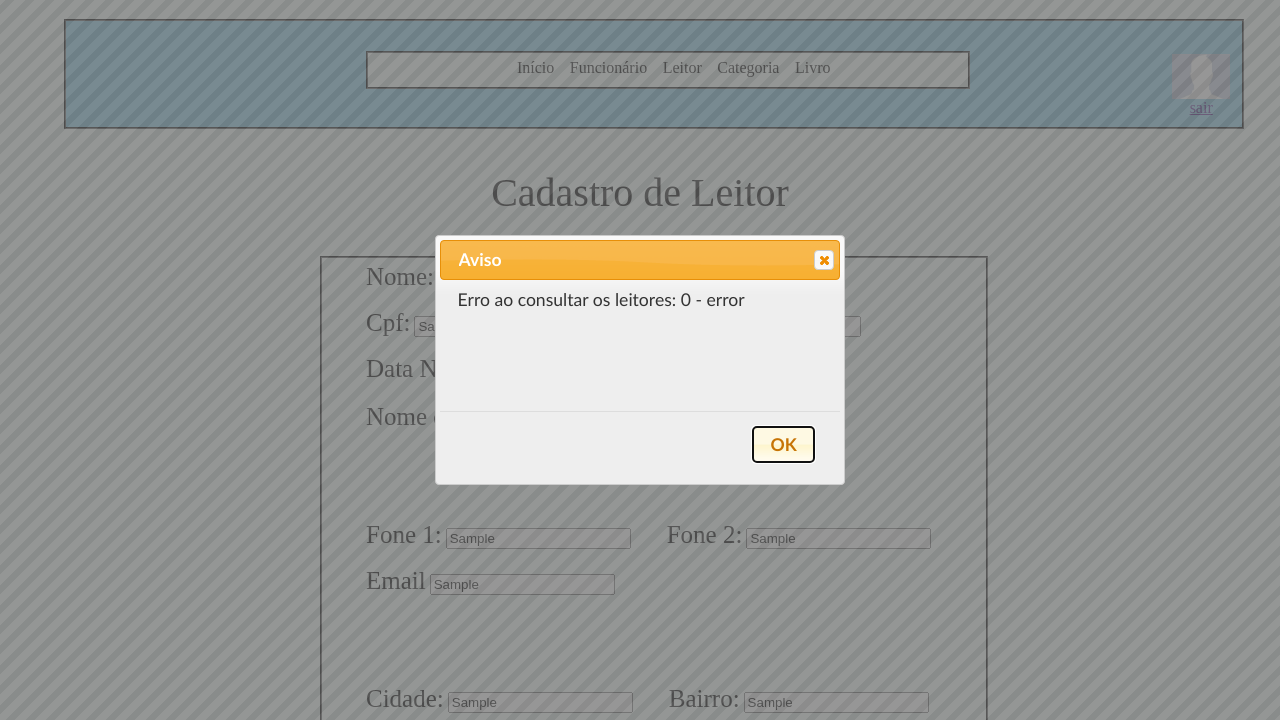
Repository: FaculdadeSenaiJoinville/PIGustavoMaertner
Page: projeto individual/WorkspaceProjetoIndividual/ProjetoIndividual/WebContent/pages/gerente/leitor/index.html
The author's editor kept a copy of each file at every save. The page is drawn from the files as they stood at one save, then again after the next save.
The browser window is 1280 px wide. The pictures show the window.
Empty fields were first filled with sample values (such as "Sample", 5 or name@example.com).
After loading, the first visible `#btnSubmitCadastro` was clicked once.
The page's requests for data from a server got no answer. A layer covers the whole window, so only the first screen is drawn.

Above is the page before, as saved 2021-12-14 00:13:16.

After the next save:
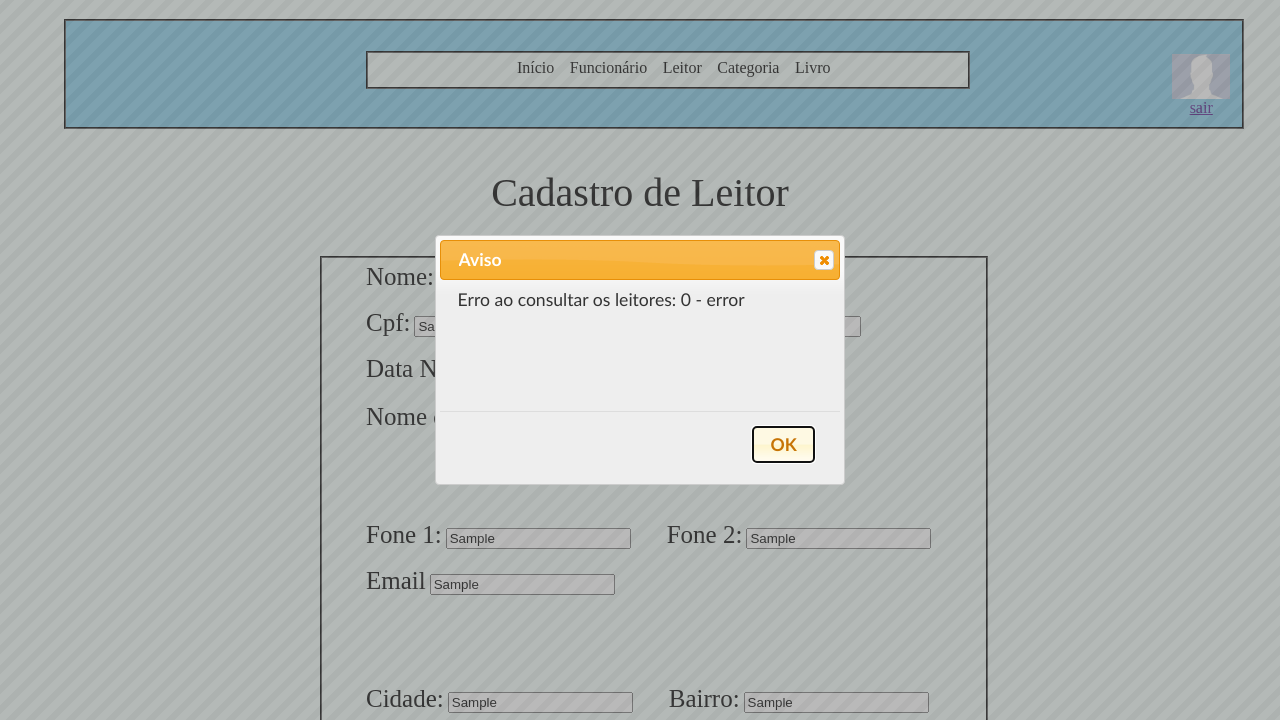
Console error: TypeError: Cannot read properties of undefined (reading 'files')
Saved 18 s later.
--- a/projeto individual/WorkspaceProjetoIndividual/ProjetoIndividual/WebContent/js/gerente/leitor.js
+++ b/projeto individual/WorkspaceProjetoIndividual/ProjetoIndividual/WebContent/js/gerente/leitor.js
@@ -6,6 +6,15 @@
 	BIBLIOTECA.leitor.cadastrar = function(){
 
 		var leitor = new Object();
+
+
+		leitor.foto = document.frmLeitor.temp.files[0];
+
+		console.log("Imagens");
+		console.log(img);
+
+
+
 		leitor.nome = document.frmLeitor.nomeLeitor.value;
 		leitor.cpf = document.frmLeitor.cpf.value;
 		leitor.rg = document.frmLeitor.rg.value;
@@ -42,15 +51,6 @@
 			});
 		}
 		BIBLIOTECA.leitor.buscar();
-	};
-
-	BIBLIOTECA.leitor.inserirImagem = function(){
-
-		leitor.foto = document.frmLeitor.temp.files[0];
-
-		console.log("Imagens");
-		console.log(img);
-
 	};
 
 	BIBLIOTECA.leitor.buscar = function(){

After the 5 saves that followed:
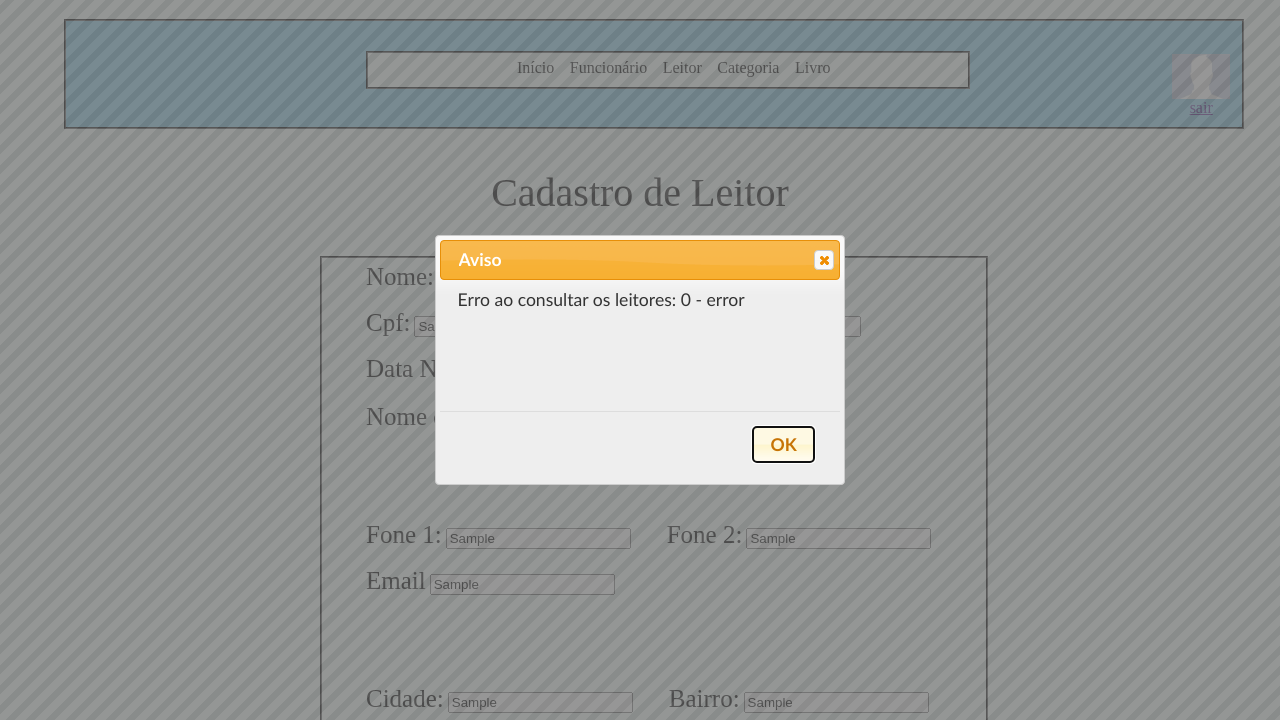
The error is gone.
The 5 saves are shown as one change because 2 left the picture as it was and some came seconds apart.
The last was saved 3 min 57 s later.
--- a/projeto individual/WorkspaceProjetoIndividual/ProjetoIndividual/WebContent/js/gerente/leitor.js
+++ b/projeto individual/WorkspaceProjetoIndividual/ProjetoIndividual/WebContent/js/gerente/leitor.js
@@ -8,10 +8,10 @@
 		var leitor = new Object();
 
 
-		leitor.foto = document.frmLeitor.temp.files[0];
+		leitor.foto = document.frmLeitor.files.files[0];
 
 		console.log("Imagens");
-		console.log(img);
+		console.log(leitor.foto);
 
 
 
@@ -28,9 +28,6 @@
 		leitor.rua = document.frmLeitor.rua.value;
 		leitor.numero = document.frmLeitor.numero.value;
 		leitor.cep = document.frmLeitor.cep.value;
-		leitor.foto = document.frmLeitor.files.value;
-
-		console.log($("#files").val());
 
 		console.log(leitor);
 
